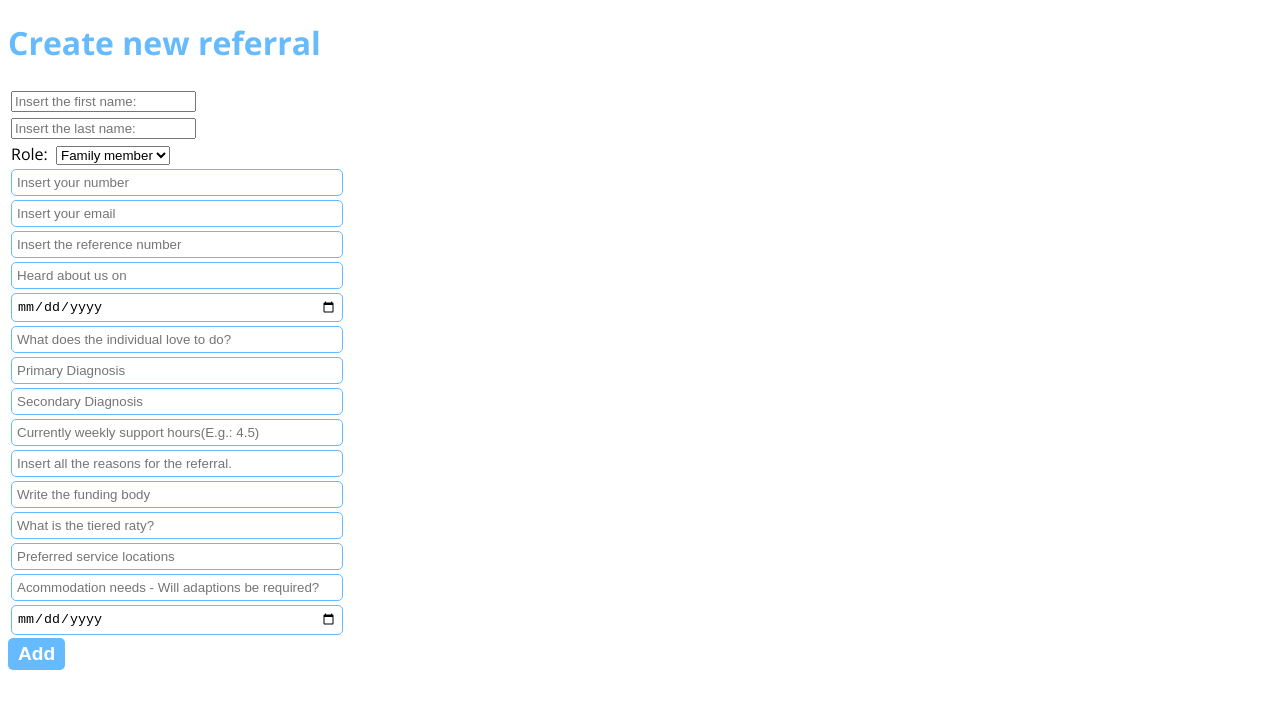
Repository: israelrodriguees/QAactivity
Page: http://localhost/referral/new_referral.jsp
These files come from the project's save history. The page is drawn as it stood at one moment and after the next save; the edit follows.
The browser window is 1280 px wide. The pictures show the whole page.
The page is served by Tomcat 9.

Above is the page before, as saved 2021-08-16 16:38:58.

After the next save:
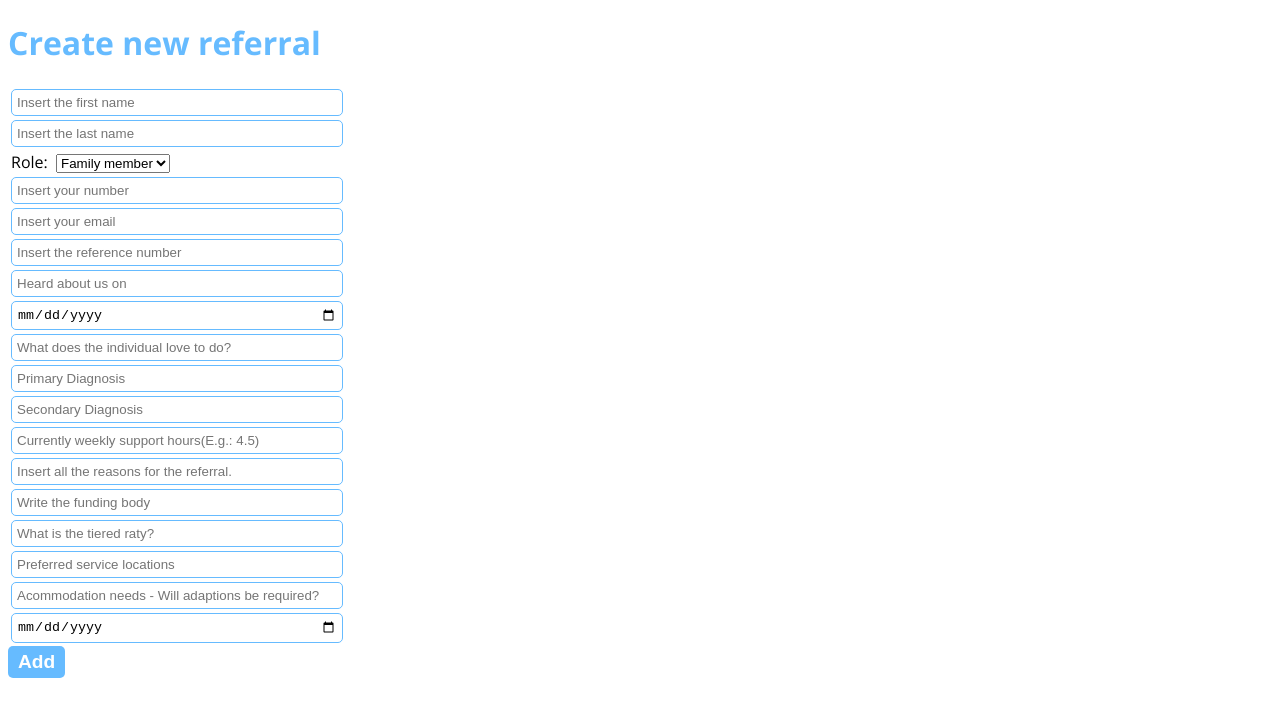
Saved 30 s later.
--- a/referral/src/main/webapp/new_referral.jsp
+++ b/referral/src/main/webapp/new_referral.jsp
@@ -12,11 +12,11 @@
 		<table>
 			<tr>
 				<td><input type="text" name="txt_firstname"
-					placeholder="Insert the first name: "></td>
+					placeholder="Insert the first name" class="Box1"></td>
 			</tr>
 			<tr>
 				<td><input type="text" name="txt_firstname"
-					placeholder="Insert the last name: "></td>
+					placeholder="Insert the last name" class="Box1"></td>
 			</tr>
 
 			<tr>
